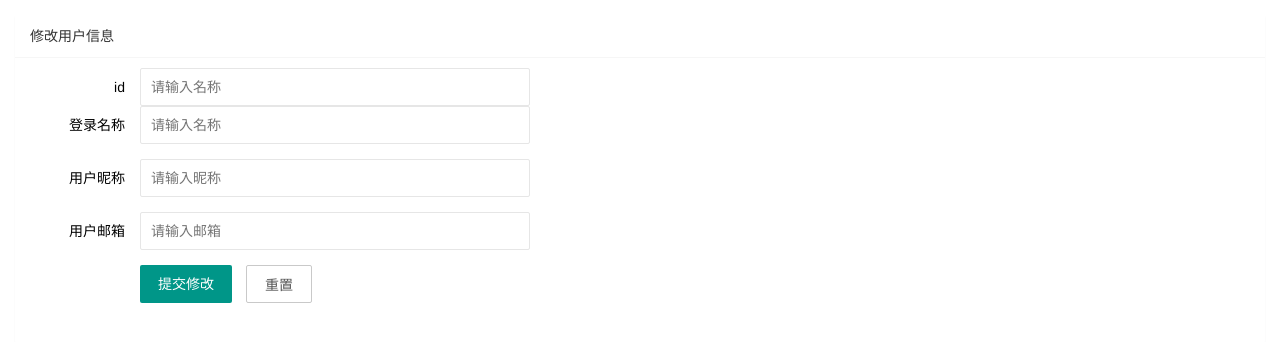
Repository: xxsleep/-
Page: home/user/user.html
The author's editor kept a copy of each file at every save. The page is drawn from the files as they stood at one save, then again after the next save.
The browser window is 1280 px wide. The pictures show the whole page.
The page's requests for data from a server got no answer.

Above is the page before, as saved 2020-11-25 16:50:06.
Console error: TypeError: Cannot read properties of undefined (reading 'status')

### home/user/user.html
<!DOCTYPE html>
<html lang="en">

<head>
    <meta charset="UTF-8">
    <meta name="viewport" content="width=device-width, initial-scale=1.0">
    <title>Document</title>
    <link rel="stylesheet" href="/assets/lib/layui/css/layui.css">
    <link rel="stylesheet" href="/assets/css/user/user.css">
</head>

<body>
    <div class="layui-card">
        <div class="layui-card-header">修改用户信息</div>
        <div class="layui-card-body">
            <form class="layui-form" lay-filter="form" id="smBtn">
                <div class="layui-form-item">
                    <label class="layui-form-label">id</label>
                    <div class="layui-input-block">
                        <input type="text" name="id" required lay-verify="required" placeholder="请输入名称"
                            autocomplete="off" class="layui-input" readonly>
                    </div>
                    <div class="layui-form-item">
                        <label class="layui-form-label">登录名称</label>
                        <div class="layui-input-block">
                            <input type="text" name="username" required lay-verify="required" placeholder="请输入名称"
                                autocomplete="off" class="layui-input" readonly>
                        </div>
                    </div>
                    <div class="layui-form-item">
                        <label class="layui-form-label">用户昵称</label>
                        <div class="layui-input-block">
                            <input type="text" name="nickname" required lay-verify="required" placeholder="请输入昵称"
                                autocomplete="off" class="layui-input">
                        </div>
                    </div>
                    <div class="layui-form-item">
                        <label class="layui-form-label">用户邮箱</label>
                        <div class="layui-input-block">
                            <input type="text" name="email" required lay-verify="required" placeholder="请输入邮箱"
                                autocomplete="off" class="layui-input">
                        </div>
                    </div>
                    <div class="layui-form-item">
                        <div class="layui-input-block">
                            <button class="layui-btn" lay-submit lay-filter="formDemo">提交修改</button>
                            <button type="reset" class="layui-btn layui-btn-primary" id="reBtn">重置</button>
                        </div>
                    </div>
            </form>
        </div>
    </div>
    <script src="/assets/lib/jquery.js"></script>
    <script src="/assets/js/ajaxBase.js"></script>
    <script src="/assets/lib/layui/layui.all.js"></script>
    <script src="/assets/js/user/user.js"></script>
</body>

</html>

### assets/css/user/user.css
* {
    margin: 0;
    padding: 0;
}

body {
    padding: 15px;
}

.layui-form {
    width: 500px;
}

### assets/js/ajaxBase.js
$.ajaxPrefilter(function (options) {
    // 在每次jQ发送ajax请求前会执行该函数，通过该函数的形参options可以获取到每次ajax的配置项
    // 来修改每次请求的配置项
    options.url = "http://ajax.frontend.itheima.net" + options.url;

    if (options.url.indexOf("/my/") !== -1) {
        // 有 /my/ ==>  需要在请求头中携带 Authorization 身份认证字段
        options.headers = {
            Authorization: localStorage.getItem("token"),
        };
    }

    options.complete = function (xhr) {
        if (xhr.responseJSON.status !== 0 && xhr.responseJSON.message !== '获取用户基本信息成功') {
            localStorage.removeItem('token')
            location.href = '/home/login.html'
        }
    }





});

### assets/js/user/user.js
$(function () {
    let form = layui.form
    var id

    function getUser() {
        $.ajax({
            url: '/my/userinfo',
            success: function (res) {
                if (res.status !== 0) {
                    return layer.msg("获取用户基本信息失败！");
                }
                id = res.data.id
                form.val('form', res.data)
            }
        })
    }
    getUser()

    $('#reBtn').click(function (e) {
        e.preventDefault()
        getUser()
    })


    $('#smBtn').submit(function (e) {
        e.preventDefault()
        let data = form.val("form")
        data.id = id
        console.log(data);
        $.ajax({
            type: 'POST',
            url: '/my/userinfo',
            data: data,
            success: function (res) {
                if (res.status !== 0) {
                    return lay.msg("修改用户信息失败！")
                }
                getUser()
                window.parent.getIndex()
            }
        })
    })
})

Loaded but not shown: assets/lib/layui/css/layui.css (library); assets/lib/jquery.js (library); assets/lib/layui/layui.all.js (library); assets/lib/layui/css/modules/laydate/default/laydate.css (library); assets/lib/layui/css/modules/layer/default/layer.css (library); assets/lib/layui/css/modules/code.css (common file)

After the next save:
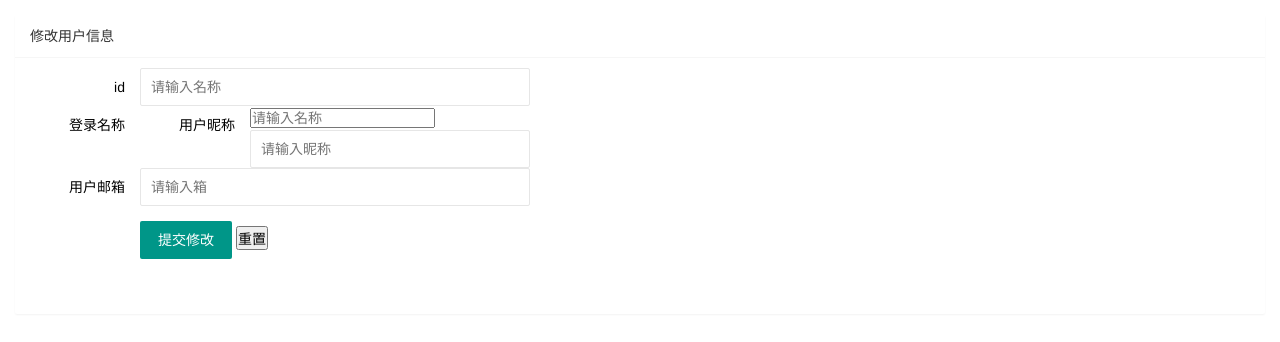
Saved 103 s later.
--- a/home/user/user.html
+++ b/home/user/user.html
@@ -24,29 +24,29 @@
                         <label class="layui-form-label">登录名称</label>
                         <div class="layui-input-block">
                             <input type="text" name="username" required lay-verify="required" placeholder="请输入名称"
-                                autocomplete="off" class="layui-input" readonly>
+                                autocomplete="off" class="layui-inputreadonly>
+                    </div>
+                </div>
+                <div class=" layui-form-item">
+                            <label class="layui-form-label">用户昵称</label>
+                            <div class="layui-input-block">
+                                <input type="text" name="nickname" required lay-verify="required" placeholder="请输入昵称"
+                                    autocomplete="off" class="layui-input">
+                            </div>
                         </div>
-                    </div>
-                    <div class="layui-form-item">
-                        <label class="layui-form-label">用户昵称</label>
-                        <div class="layui-input-block">
-                            <input type="text" name="nickname" required lay-verify="required" placeholder="请输入昵称"
-                                autocomplete="off" class="layui-input">
+                        <div class="layui-form-item">
+                            <label class="layui-form-label">用户邮箱</label>
+                            <div class="layui-input-block">
+                                <input type="text" name="email" requiredlay-verify="required" placeholder="请输入箱"
+                                    autocomplete="off" class="layui-input">
+                            </div>
                         </div>
-                    </div>
-                    <div class="layui-form-item">
-                        <label class="layui-form-label">用户邮箱</label>
-                        <div class="layui-input-block">
-                            <input type="text" name="email" required lay-verify="required" placeholder="请输入邮箱"
-                                autocomplete="off" class="layui-input">
+                        <div class="layui-form-item">
+                            <div class="layui-input-block">
+                                <button class="layui-btn" lay-submitlay-filter="formDemo">提交修改</button>
+                                <button type="reset" class="layui-btnlayui-btn-primary" id="reBtn">重置</button>
+                            </div>
                         </div>
-                    </div>
-                    <div class="layui-form-item">
-                        <div class="layui-input-block">
-                            <button class="layui-btn" lay-submit lay-filter="formDemo">提交修改</button>
-                            <button type="reset" class="layui-btn layui-btn-primary" id="reBtn">重置</button>
-                        </div>
-                    </div>
             </form>
         </div>
     </div>
